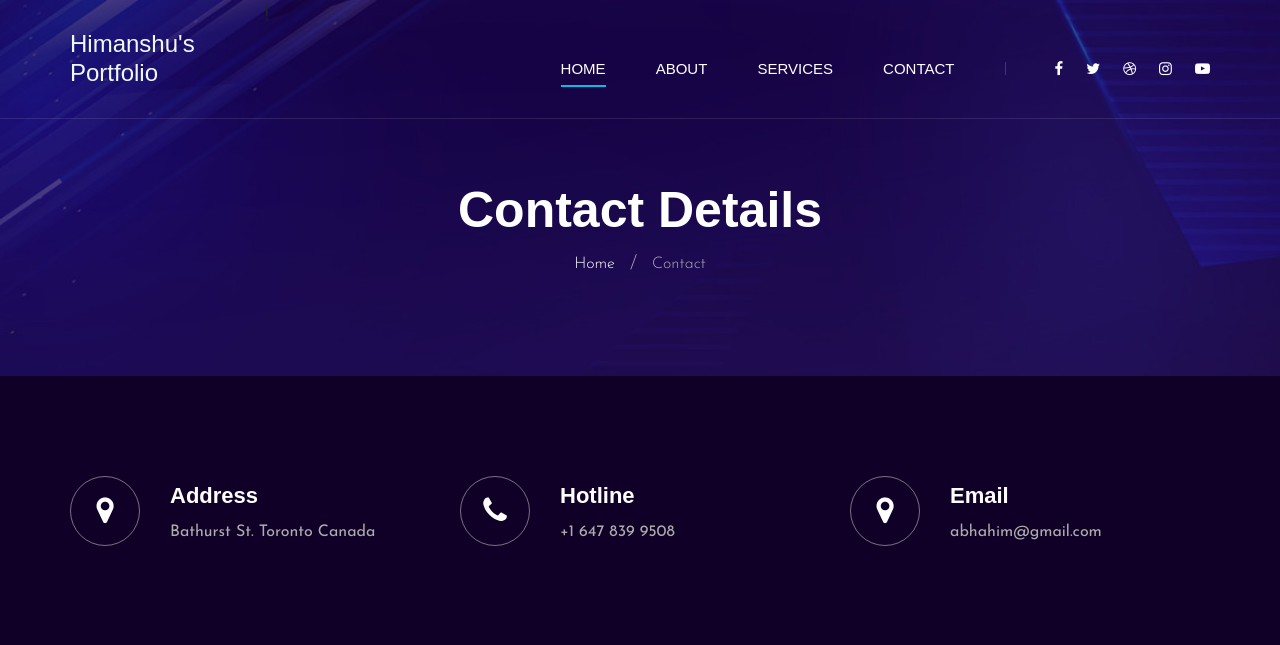
Repository: codexshot/himanshu-portfolio.io
Page: contact.html
These files come from the project's save history. The page is drawn as it stood at one moment and after the next save; the edit follows.
The browser window is 1280 px wide. The pictures show the part of the page from y = 0 to 645 px (the page is 1687 px tall before and 1724 px after).
Pictures or frames that could not be fetched are drawn as grey boxes. Some web fonts or font styles are not loaded; a fallback is used.

Above is the page before, as saved 2024-04-14 19:02:25.

After the next save:
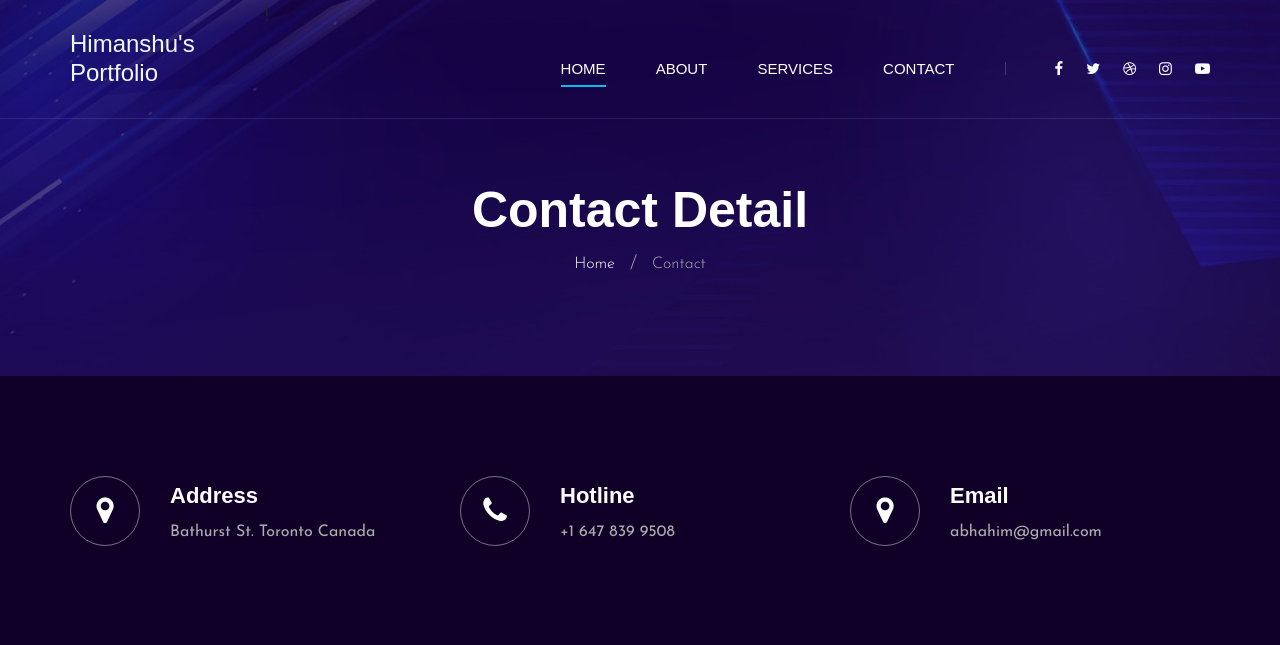
Saved 5 s later.
--- a/contact.html
+++ b/contact.html
@@ -71,7 +71,7 @@
             <div class="row">
                 <div class="col-lg-12 text-center">
                     <div class="breadcrumb__text">
-                        <h2>Contact Details</h2>
+                        <h2>Contact Detail</h2>
                         <div class="breadcrumb__links">
                             <a href="#">Home</a>
                             <span>Contact</span>
@@ -218,7 +218,7 @@
                     </div>
                 </div>
             </div>
-            <!-- <div class="footer__copyright">
+            <div class="footer__copyright">
                 <div class="row">
                     <div class="col-lg-12 text-center">
                         <!-- Link back to Colorlib can't be removed. Template is licensed under CC BY 3.0. -->
@@ -232,7 +232,7 @@
                         <!-- Link back to Colorlib can't be removed. Template is licensed under CC BY 3.0. -->
                     </div>
                 </div>
-            </div> -->
+            </div>
         </div>
     </footer>
     <!-- Footer Section End -->
